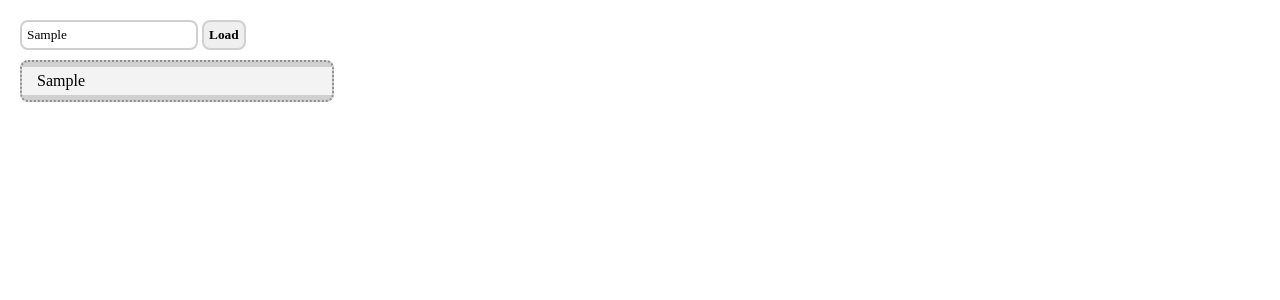
Repository: jenny241093/JS-Core
Page: 03.JSApplications/08.TemplatinExercises/01.List-Towns/listTown.html
An editor plug-in stored every save of this project. The page is shown before and after the next save, followed by the edit.
The browser window is 1280 px wide. The pictures show the whole page.
Empty fields were first filled with sample values (such as "Sample", 5 or name@example.com).
After loading, the first visible `#btnLoadTowns` was clicked once.
Some web fonts or font styles are not loaded; a fallback is used. Some web libraries are served in a nearby version.

Above is the page before, as saved 2019-04-04 19:00:21.

### 03.JSApplications/08.TemplatinExercises/01.List-Towns/listTown.html
<!DOCTYPE HTML>
<HTML lang="en">

<head>
    <meta charset="UTF-8">
    <title>List Town</title>
    <script src="node_modules/handlebars/dist/handlebars.min.js"></script>
    <script src="https://code.jquery.com/jquery-3.1.1.min.js"></script>
    <link href="./style.css" , type="text/css" rel="stylesheet"></link>
    <script src="towns.js"></script>
</head>

<body>
    <input id="towns" type="text" />
    <button id="btnLoadTowns">Load</button>
    <div id="root"></div>
</body>
<script>
    $(() => attachEvents())
</script>
<script type="text/x-handlebars-template" id="towns-template">
    {{#each towns}}
    <li>{{name}}</li>
    {{/each}}
</script>

</HTML>

### 03.JSApplications/08.TemplatinExercises/01.List-Towns/style.css
@import url('https://fonts.googleapis.com/css?family=Sniglet');

body {
  margin: 20px;
  font-family: 'Sniglet',
  cursive;
}

input {
  padding: 5px;
  border: 2px solid rgb(208, 208, 208);
  border-radius: 8px;
  font-family: 'Sniglet',
  cursive;
  outline:none;
}

button {
  padding: 5px;
  border-radius: 8px;
  border: 2px solid rgb(208, 208, 208);
  font-weight: bold;
  outline: none;
  font-family: 'Sniglet',
  cursive;
}

button:hover {
  background: rgb(243, 243, 243);
}

#root {
  margin: 10px 0px;
  width: 25%;
  border-radius: 8px;
  border: 2px dotted rgb(144, 144, 144);
  background: rgb(208, 208, 208);
}

ul {
  padding: 0px;
}

li {
  list-style-type: none;
  background: rgb(243, 243, 243);
  margin: 5px 0px;
  padding: 5px 15px;
}

### 03.JSApplications/08.TemplatinExercises/01.List-Towns/towns.js
function attachEvents() {
    $('#btnLoadTowns').on('click', function() {
        console.log('ook');
        let towns = $('#towns').val().split(', ').map((t) => {
            return { name: t };
        });
        console.log(towns);
        let template = $(`#towns-template`).html();
        let compiledTemplate = Handlebars.compile(template);
        let renderedHtml = compiledTemplate({ towns });
        $('#root').append(renderedHtml);
    });
}
//Sofia, Varna, Burgas

After the next save:
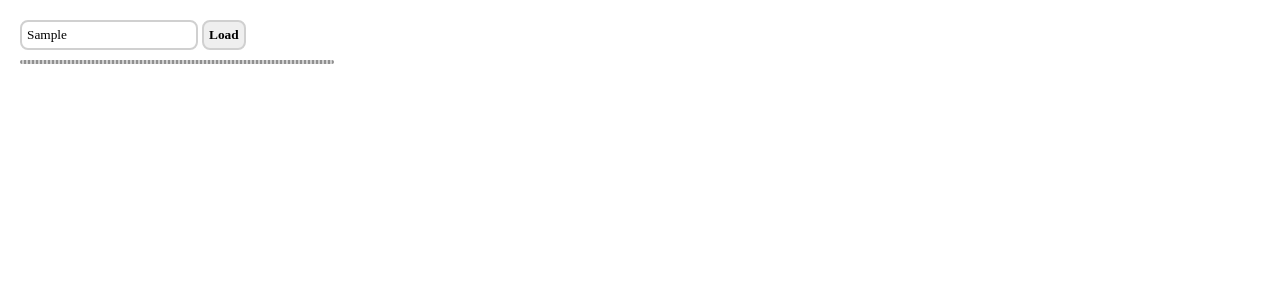
Saved 3 min 43 s later.
--- a/03.JSApplications/08.TemplatinExercises/01.List-Towns/towns.js
+++ b/03.JSApplications/08.TemplatinExercises/01.List-Towns/towns.js
@@ -1,14 +1,34 @@
+// function attachEvents() {
+//     $('#btnLoadTowns').on('click', function() {
+//         console.log('ook');
+//         let towns = $('#towns').val().split(', ').map((t) => {
+//             return { name: t };
+//         });
+//         console.log(towns);
+//         let template = $(`#towns-template`).html();
+//         let compiledTemplate = Handlebars.compile(template);
+//         let renderedHtml = compiledTemplate({ towns });
+//         $('#root').append(renderedHtml);
+//     });
+//
+// }
 function attachEvents() {
-    $('#btnLoadTowns').on('click', function() {
-        console.log('ook');
-        let towns = $('#towns').val().split(', ').map((t) => {
-            return { name: t };
-        });
+    $('#btnLoadTowns').on('click', getTownInfo)
+
+    function getTownInfo() {
+        let towns = $('#towns').val().split(', ').reduce((acc, cur) => {
+
+        }, {});
         console.log(towns);
         let template = $(`#towns-template`).html();
         let compiledTemplate = Handlebars.compile(template);
         let renderedHtml = compiledTemplate({ towns });
         $('#root').append(renderedHtml);
-    });
+
+    }
+
+    function renderTowns() {
+
+    }
 }
 //Sofia, Varna, Burgas
